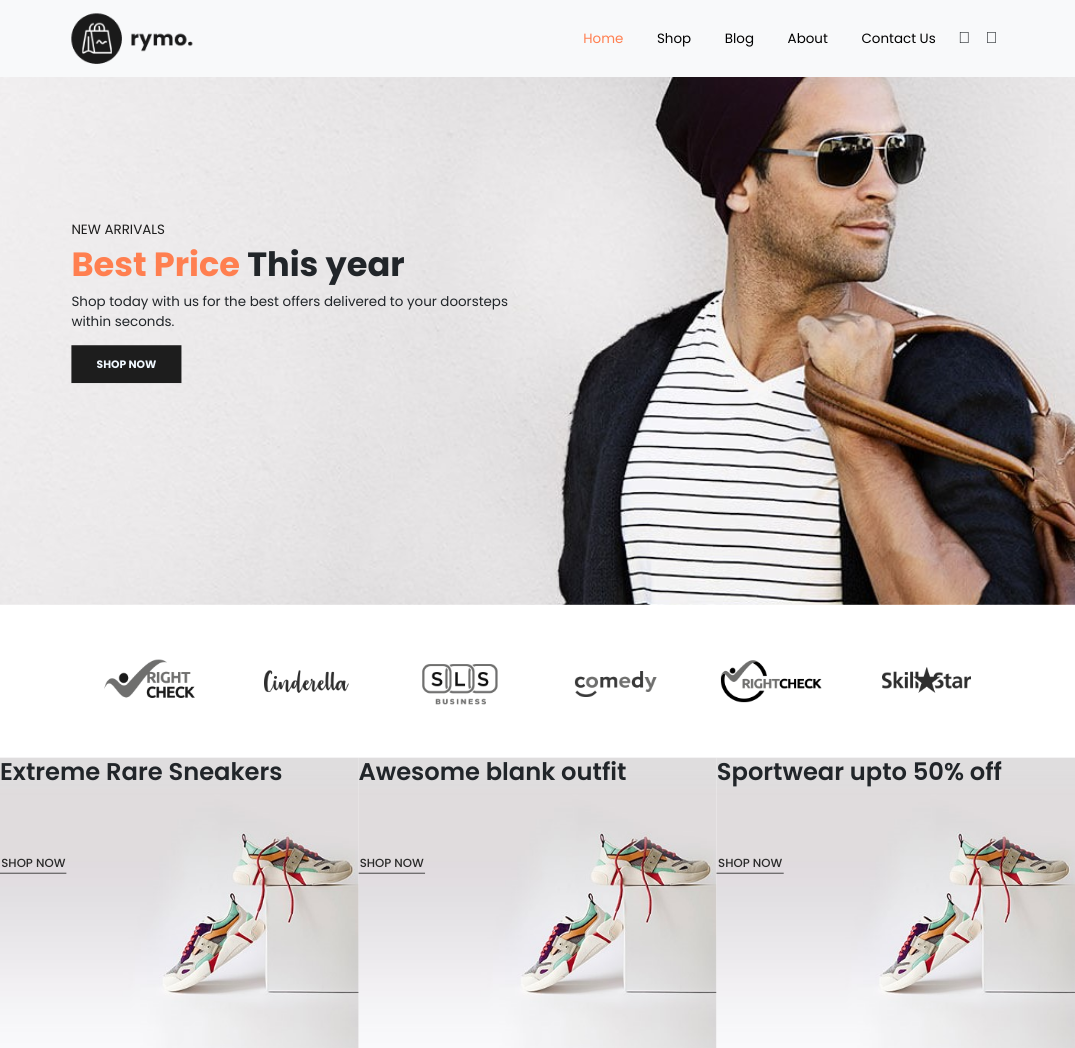
Repository: peter417waweru/e-commerce-UI
Page: index.html
The author's editor kept a copy of each file at every save. The page is drawn from the files as they stood at one save, then again after the next save.
The browser window is 1280 px wide. The pictures show the whole page, at 84% of full size.
Some web libraries are served in a nearby version.

Above is the page before, as saved 2025-02-07 20:54:14.

After the next save:
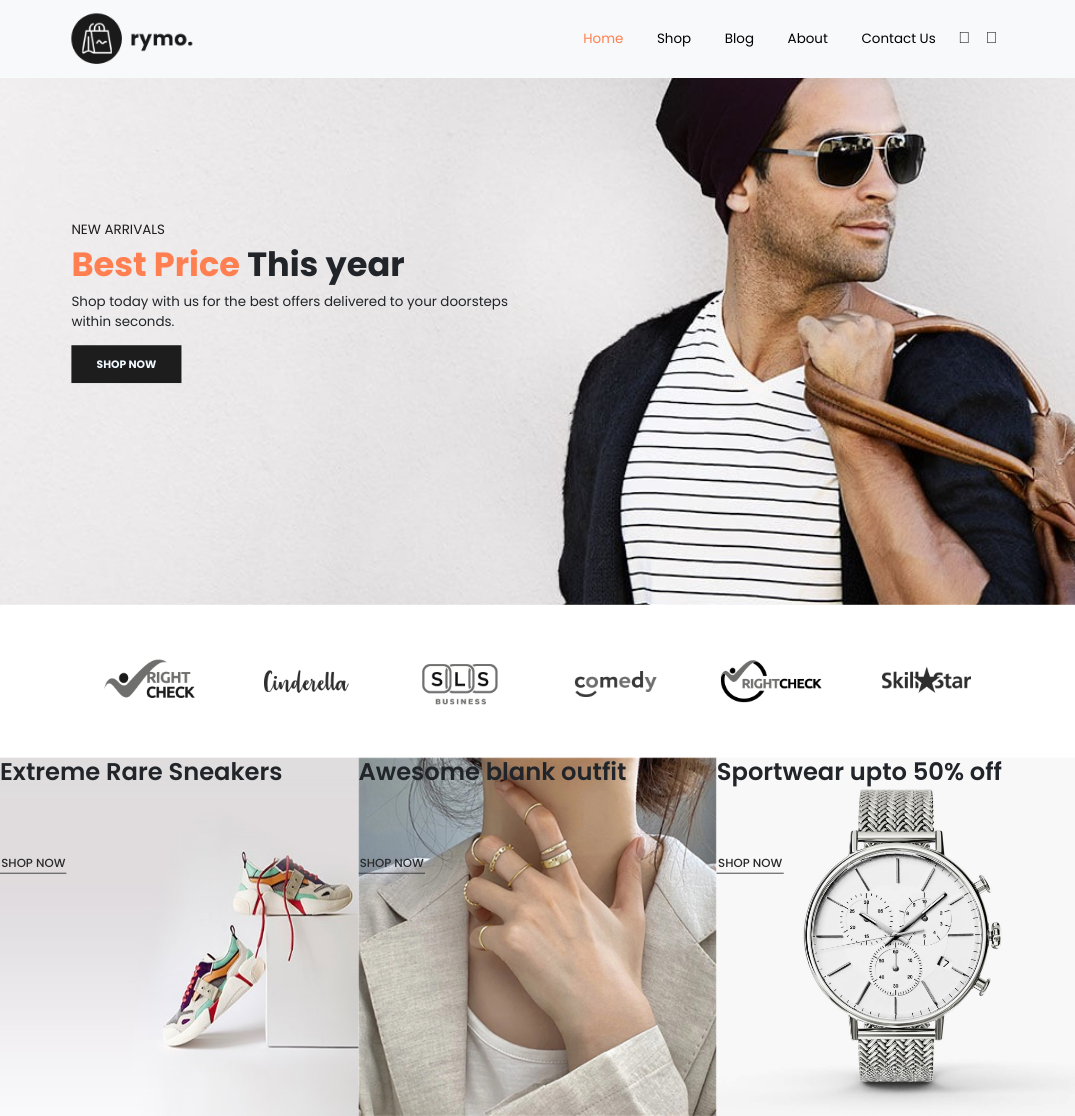
Saved 37 s later.
--- a/index.html
+++ b/index.html
@@ -85,14 +85,14 @@
               </div>
             </div>
             <div class="one col-lg-4 col-md-12 col-sm-12 p-0">
-              <img class="img-fluid" src="img/new/1.jpg" alt="">
+              <img class="img-fluid" src="img/new/5.jpg" alt="">
               <div class="details">
                 <h2>Awesome blank outfit</h2>
                 <button class="text-uppercase">shop now</button>
               </div>
             </div>
             <div class="one col-lg-4 col-md-12 col-sm-12 p-0">
-              <img class="img-fluid" src="img/new/1.jpg" alt="">
+              <img class="img-fluid" src="img/new/3.jpg" alt="">
               <div class="details">
                 <h2>Sportwear upto 50% off</h2>
                 <button class="text-uppercase">shop now</button>
